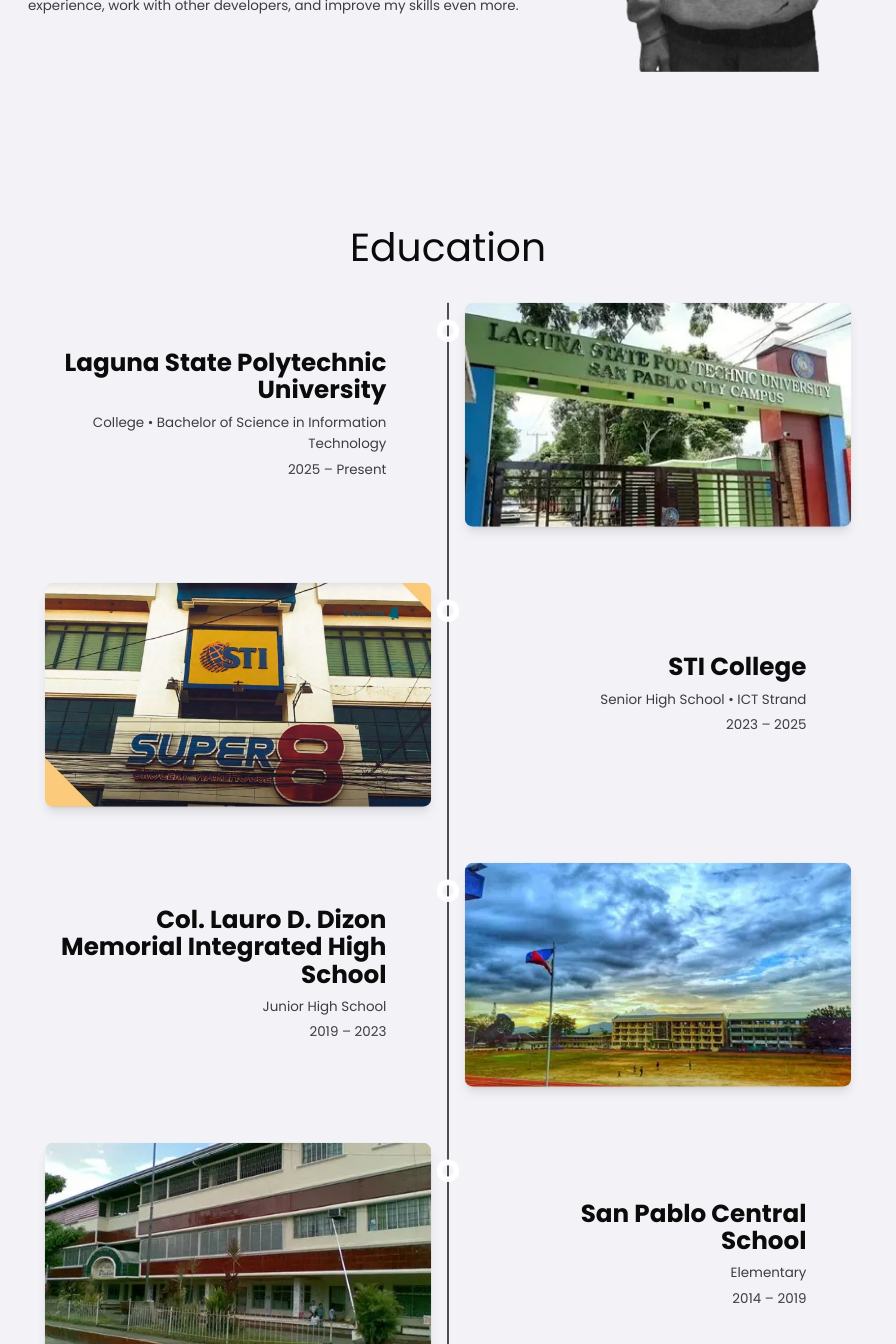
Repository: Latrell26/Portfolio-schoolProject
Page: /
The author's editor kept a copy of each file at every save. The page is drawn from the files as they stood at one save, then again after the next save.
The browser window is 1280 px wide. The pictures show the part of the page from y = 1291 to 3211 px (the page is 6180 px tall before and 6020 px after), at 70% of full size.
The project was rebuilt for these pictures with package versions that can differ from the ones it lists, and the page was loaded fresh each time. Also part of the build but not shown: svelte.config.js, vite.config.js.

Above is the page before, as saved 2026-01-02 22:39:20.

### index.html
<!doctype html>
<html lang="en">
  <head>
    <meta charset="UTF-8" />
    <link rel="icon" type="image/svg+xml" href="/vite.svg" />
    <meta name="viewport" content="width=device-width, initial-scale=1.0" />
    <title>my-portfolio</title>
    <link rel="preconnect" href="https://fonts.googleapis.com">
<link rel="preconnect" href="https://fonts.gstatic.com" crossorigin>
<link href="https://fonts.googleapis.com/css2?family=Poppins:ital,wght@0,100;0,200;0,300;0,400;0,500;0,600;0,700;0,800;0,900;1,100;1,200;1,300;1,400;1,500;1,600;1,700;1,800;1,900&display=swap" rel="stylesheet">
 <link
    rel="stylesheet"
    href="https://cdnjs.cloudflare.com/ajax/libs/font-awesome/6.5.0/css/all.min.css"
  />
  </head>
  <body>
    <div id="app"></div>
    <script type="module" src="/src/main.js"></script>
  </body>
</html>

### src/app.css
@import "tailwindcss";

@theme {
  --color-dark: var(--dark);
  --color-medyolight: var(--medyolight);
  --color-light: var(--light);
}

:root {
  font-family: poppins;
  line-height: 1.5;
  font-weight: 400;
  color-scheme: light dark;
  color: #0B0B0B;
  background-color: #F2F2F7;
  font-synthesis: none;
  text-rendering: optimizeLegibility;
  -webkit-font-smoothing: antialiased;
  -moz-osx-font-smoothing: grayscale;
  --dark: #0B0B0B;
  --light: #F2F2F7;
  --medyolight: #3D3D3D;
  --light_bg: #F2F2F7;

  --tooltip-bg: var(--dark);
  --tooltip-text: var(--light);
  --tooltip-border: var(--dark);
}

.dark-mode {
  --dark: #0B0B0B;
  --medyolight: #E0E0E0;
  --light: #F2F2F7;
  --light_bg: #0B0B0B;
}

.dark-mode {
  background-color: var(--dark);
  color: var(--light);
  border-top-color: var(--light);
}

html{
  scroll-behavior: smooth;
  transition: color 0.3s ease;

}

h1 {
  font-size: clamp(4rem, 7vw, 8rem);
  font-weight: 700;
  line-height: 1.1;
}
h2 {
  font-size: clamp(2rem, 6vw, 3.5rem);
  line-height: 1.1;
}
h3 {
  font-size: clamp(2rem, 6vw, 2.2rem);
  line-height: 1.1;
}
h4 {
  font-size: clamp(1rem, 6vw, 2rem);
  line-height: 1.1;
}
h5{
  font-size: clamp(2rem, 3vw, 2.5rem);
}
p{
  font-size: clamp(1rem, 6vw, 1.2rem);
  color: var(--medyolight);
}

span{
  color: var(--light);
}

.border-light {
  border-color: transparent;
}
.border-t-light {
  border-top-color: var(--dark);
}

@keyframes slide {
    from {
      transform: translateX(-100%);
    }
    to {
      transform: translateX(0);
    }
  }

### src/App.svelte
<script>
  import svelteLogo from "./assets/svelte.svg";
  import viteLogo from "/vite.svg";
  import NavBar from "./lib/navBar.svelte";
  import Footer from "./lib/footer.svelte";
  import * as img from "./imagedata.js";
  import { projects } from "./lib/arrayObjectsData.js";
  import { education } from "./lib/arrayObjectsData.js";
  import ProjectCard from "./lib/components-cards.svelte";
  import TimelineItem from "./lib/TimeLineItem.svelte";
  const icons = [
    { src: img.csharplogo, name: "C#" },
    { src: img.csslogo, name: "CSS" },
    { src: img.htmllogo, name: "HTML" },
    { src: img.javalogo, name: "Java" },
    { src: img.jslogo, name: "JavaScript" },
    { src: img.pythonlogo, name: "Python" },
    { src: img.sveltelogo, name: "Svelte" },
    { src: img.tailwindlogo, name: "Tailwind CSS" },
    { src: img.figmalogo, name: "Figma" },
    { src: img.supabaselogo, name: "Supabase" },
    { src: img.firebaselogo, name: "Firebase" },
    { src: img.github, name: "GitHub" },
    { src: img.gitlogo, name: "Git" },
  ];
</script>

<main class="max-w-330 mx-auto pt-2 px-4 lg:px-10 duration-300">
  <NavBar />
  <section
    class="h-screen flex flex-col justify-center items-center text-center"
    id="home"
  >
    <div>
      <h1 class="font-bold">Latrell Cruz</h1>
      <p class=" text-lg max-w-2xl">
        Aspiring Front-End Developer and senior high school student focused on
        building clean, responsive websites.
      </p>
    </div>

    <div class="flex flex-row gap-4 mt-4 justify-center items-center">
      <a href="https://www.facebook.com/share/1Da6x7yam2/">
        <i class="fa-brands fa-facebook text-[2.7rem] hover:text-[#1877F2] duration-300"></i>
      </a>
      <a href="https://www.linkedin.com/in/latrell-cruz-a11975387/">
        <i class="fa-brands fa-linkedin text-[2.8rem] hover:text-[#0A66C2] duration-300"></i>
      </a>
      <a href="https://github.com/Latrell26">
        <i class="fa-brands fa-github text-[2.8rem] duration-300"></i>
      </a>
    </div>
  </section>

  <section class="mb-35 pt-10" id="about">
    <div class="flex flex-wrap justify-between items-center">
      <div class="flex flex-col">
        <h2 class="mb-6">About me</h2>
        <div class="max-w-[50rem] leading-10 flex-1 text-justify">
          <p>
            Hey there! I'm Latrell Cruz from Brgy. San Nicolas, San Pablo City.
            I love making digital experiences that are easy to use and fun to
            interact with.
          </p>
          <p class="mt-4">
            I’m currently a 1st year student at LSPU San Pablo Campus, studying
            Information Technology. I’ve always been interested in technology
            and design, which made me focus on front-end development and UI/UX.
            I enjoy mixing creativity with coding to build websites and apps
            that people like and find useful.
          </p>
          <p class="mt-4">
            I am also part of OCTA, an organization in LSPU, where I belong to
            the Software Engineering as part of the Front-End team.
            Being part of OCTA helps me gain real experience, work with other
            developers, and improve my skills even more.
          </p>
        </div>
      </div>
      <img src={img.me} alt="me" class="hidden xl:block w-auto h-auto" />
    </div>
  </section>
  <section id="education" class="py-20 px-6">
  <div class="mx-auto">
    <h2 class="text-center mb-12">Education</h2>

    <div class="relative">
      <div class="absolute left-1/2 transform -translate-x-1/2 w-0.5 bg-dark h-full hidden lg:block"></div>

      <div class="space-y-0">
        {#each education as edu, i}
          <TimelineItem
            school={edu.school}
            level={edu.level}
            year={edu.year}
            image={edu.image}
            imageAlt={edu.imageAlt}
            isLeft={i % 2 === 0}
          />
        {/each}
      </div>
    </div>
  </div>
</section>
  <section class="mb-5">
    <h3 class="flex justify-center items-center">Tech I Use</h3>
    <div class="relative overflow-hidden py-4 pt-12">
      <div
        class="pointer-events-none absolute inset-0 z-10
          bg-[linear-gradient(to_right,var(--light_bg)_0%,transparent_20%,transparent_80%,var(--light_bg)_100%)]
          "
      ></div>

      <div class="flex animate-[slide_26s_linear_infinite] gap-8 md:gap-16">
  <div class="flex gap-8 md:gap-16 flex-none">
    {#each icons as icon}
      <div class="relative group">
        <img
          src={icon.src}
          alt={icon.name}
          class="flex-none
                 h-12 w-12 sm:h-16 sm:w-16 md:h-24 md:w-24
                 transition-transform duration-300 ease-out
                 group-hover:scale-110 group-hover:-translate-y-2
                 cursor-pointer"
        />

        <span
          class="tooltip absolute bottom-full left-1/2 -translate-x-1/2 mb-3
                 px-3 sm:px-4 py-1 sm:py-2 text-xs sm:text-sm font-medium
                 rounded-lg opacity-0 group-hover:opacity-100
                 pointer-events-none whitespace-nowrap
                 transition-opacity duration-300 ease-out shadow-lg"
        >
          {icon.name}
          <span
            class="absolute top-full left-1/2 -translate-x-1/2
                   border-4 sm:border-8 border-light border-t-light"
          ></span>
        </span>
      </div>
    {/each}
  </div>

  <div class="flex gap-8 md:gap-16 flex-none">
    {#each icons as icon}
      <div class="relative group">
        <img
          src={icon.src}
          alt={icon.name}
          class="flex-none
                 h-12 w-12 sm:h-16 sm:w-16 md:h-24 md:w-24
                 transition-transform duration-300 ease-out
                 group-hover:scale-110 group-hover:-translate-y-2
                 cursor-pointer"
        />

        <span
          class="tooltip absolute bottom-full left-1/2 -translate-x-1/2 mb-3
                 px-3 sm:px-4 py-1 sm:py-2 text-xs sm:text-sm font-medium
                 rounded-lg opacity-0 group-hover:opacity-100
                 pointer-events-none whitespace-nowrap
                 transition-opacity duration-300 ease-out shadow-lg"
        >
          {icon.name}
          <span
            class="absolute top-full left-1/2 -translate-x-1/2
                   border-4 sm:border-8 border-light border-t-light"
          ></span>
        </span>
      </div>
    {/each}
  </div>
</div>

      </div>
  </section>

  <section class="mb-70 pt-20" id="projects">
    <h2 class="text-center mb-8">What I Build</h2>
    <div class="flex flex-wrap justify-center">
      <div class="grid grid-cols-1 lg:grid-cols-2 gap-16">
        {#each projects as project}
          <ProjectCard
            image={project.image}
            title={project.title}
            text={project.text}
            logo={project.logo || []}
            url={project.url}
          />
        {/each}
      </div>
    </div>
  </section>
  <section id="contact" class="pt-20">
    <Footer />
  </section>
</main>

<style>
  .tooltip {
    background-color: #0b0b0b;
    color: #f2f2f7;
    border-color: #0b0b0b;
  }

  .tooltip span {
    border-top-color: #0b0b0b;
  }

  :global(.dark-mode) .tooltip {
    background-color: #f2f2f7;
    color: #0b0b0b;
    border-color: #f2f2f7;
  }

  :global(.dark-mode) .tooltip span {
    border-top-color: #f2f2f7;
  }
</style>

### src/lib/navBar.svelte
<script>
  import { onMount } from "svelte";

  let isDark = false;
  let currentIcon;
  let menuOpen = false;
  let scrolled = false;
  let activeSection = "home";

  let prevScrollY = 0;
  let navbarVisible = true;
  let forceHide = false;

  const sunIcon = `
    <svg xmlns="http://www.w3.org/2000/svg" viewBox="0 0 24 24"
         fill="none" stroke="currentColor" class="w-4 h-4">
      <path stroke-linecap="round" stroke-linejoin="round" stroke-width="2"
            d="M12 3v1m0 16v1m9-9h-1M4 12H3
               m15.364 6.364l-.707-.707
               M6.343 6.343l-.707-.707
               m12.728 0l-.707.707
               M6.343 17.657l-.707.707
               M16 12a4 4 0 11-8 0 4 4 0 018 0z"/>
    </svg>
  `;

  const moonIcon = `
    <svg xmlns="http://www.w3.org/2000/svg" viewBox="0 0 24 24"
         fill="none" stroke="currentColor" class="w-4 h-4">
      <path stroke-linecap="round" stroke-linejoin="round" stroke-width="2"
            d="M20.354 15.354A9 9 0 018.646 3.646
               9.003 9.003 0 0012 21
               a9.003 9.003 0 008.354-5.646z"/>
    </svg>
  `;

  function applyDarkMode(value) {
    document.documentElement.classList.toggle("dark-mode", value);
    localStorage.setItem("darkMode", value);
    currentIcon = value ? moonIcon : sunIcon;
  }

  function toggleDarkMode() {
    isDark = !isDark;
    applyDarkMode(isDark);
  }

  function hideNavbarAfterClick() {
    forceHide = true;
    navbarVisible = false;
    setTimeout(() => forceHide = false, 1200);
  }

  onMount(() => {
    const saved = localStorage.getItem("darkMode");
    isDark = saved !== null
      ? saved === "true"
      : window.matchMedia("(prefers-color-scheme: dark)").matches;
    applyDarkMode(isDark);

    const handleScroll = () => {
      if (forceHide) return;

      const currentScrollY = window.scrollY;
      scrolled = currentScrollY > 50;

      if (currentScrollY > prevScrollY && currentScrollY > 100) {
        navbarVisible = false;
      } else if (currentScrollY < prevScrollY) {
        navbarVisible = true;
      }

      if (currentScrollY <= 10) navbarVisible = true;
      prevScrollY = currentScrollY;
    };

    window.addEventListener("scroll", handleScroll);

    const sections = document.querySelectorAll("section[id]");
    const observer = new IntersectionObserver(
      entries => {
        entries.forEach(entry => {
          if (entry.isIntersecting) activeSection = entry.target.id;
        });
      },
      { threshold: 0.5 }
    );
    sections.forEach(sec => observer.observe(sec));

    return () => {
      window.removeEventListener("scroll", handleScroll);
      observer.disconnect();
    };
  });
</script>

<nav
  class={`fixed top-0 left-0 right-0 z-50 py-2 transition-all duration-300 ease-out
  bg-transparent ${scrolled ? "bg-white/10 border-b border-white/20 backdrop-blur-xl shadow-md" : "border-b border-transparent"}
  ${navbarVisible ? "translate-y-0" : "-translate-y-full"}`}
>
  <div class="flex justify-between items-center max-w-7xl mx-auto px-4">
    <h5 class="font-semibold">LC</h5>

    <ul class="hidden md:flex gap-12 text-lg">
      {#each ["home","about","education","projects","contact"] as item}
        <li class="hover:underline underline-offset-4">
          <a href={`#${item}`} on:click={hideNavbarAfterClick}
             class={activeSection === item ? "underline" : ""}>
            {item[0].toUpperCase() + item.slice(1)}
          </a>
        </li>
      {/each}
    </ul>

    <button class="md:hidden text-2xl" on:click={() => menuOpen = true}>☰</button>

    <button
      on:click={toggleDarkMode}
      class="hidden md:flex relative w-14 h-7 rounded-full bg-white shadow-md flex items-center cursor-pointer"
    >
      <div class="w-7 h-7 rounded-full transition-all duration-300 flex items-center justify-center text-white
                  {isDark ? 'bg-dark translate-x-7' : 'bg-yellow-500 translate-x-0'}">
        {@html currentIcon}
      </div>
    </button>
  </div>
</nav>

<div
  class={`fixed top-0 right-0 h-full w-64 bg-black/80 backdrop-blur-xl text-white p-6 z-40
    transition-transform duration-300 ${menuOpen ? "translate-x-0" : "translate-x-full"}`}
>
  <button class="text-3xl mb-6" on:click={() => menuOpen = false}>✕</button>

  <button
    on:click={toggleDarkMode}
    class="relative w-14 h-7 rounded-full bg-white shadow-md flex items-center cursor-pointer mb-6"
  >
    <div class="w-7 h-7 rounded-full transition-all duration-300 flex items-center justify-center text-white
                {isDark ? 'bg-dark translate-x-7' : 'bg-yellow-500 translate-x-0'}">
      {@html currentIcon}
    </div>
  </button>

  <ul class="flex flex-col gap-6 text-xl">
    {#each ["home","about","education","projects","contact"] as item}
      <li>
        <a href={`#${item}`} on:click={() => { menuOpen = false; hideNavbarAfterClick(); }}
           class={activeSection === item ? "underline" : ""}>
          {item[0].toUpperCase() + item.slice(1)}
        </a>
      </li>
    {/each}
  </ul>
</div>

<style>
  .dark-mode {
    --dark: #0B0B0B;
    --light: #F2F2F7;
    background-color: var(--dark);
    color: var(--light);
  }
</style>

### src/lib/footer.svelte
    <script>
    import * as img from "../imagedata.js";
    </script>

    <footer class="" >
    <div class="max-w-7xl mx-auto">

        <div class="max-w-2xl">

        <h2 class="">Let's work together</h2>

        <form class="mt-10 space-y-8">
            <div>
            <p class="">Name</p>
            <input
                type="text"
                required
                placeholder="Yourname"
                class="w-full px-0 py-2 bg-transparent border-b-2
                    focus:outline-none
                    placeholder-medyolight"
            />
            </div>

            <div>
            <p class="">Email</p>
            <input
                type="email"
                required
                placeholder="your.email@example.com"
                class="w-full px-0 py-2 bg-transparent border-b-2
                    focus:outline-none
                    placeholder-medyolight"
            />
            </div>
            <div>
            <p class="">Message</p>
            <textarea
                required
                rows="3"
                placeholder="Say hello..."
                class="w-full px-0 py-2 bg-transparent border-b-2
                    focus:outline-none
                    resize-none placeholder-medyolight"
            ></textarea>
            </div>

            <button
            type="submit"
            class="px-8 py-4 bg-dark rounded-lg text-light cursor-pointer hover:bg-light border-1  hover:text-dark duration-400 ease-out"
            >
            Send message
            </button>
        </form>

        <div class="flex flex-row items-center gap-4 mt-16">
            <a
            href="https://www.facebook.com/share/1Da6x7yam2/"
            >
            <i class="fa-brands fa-facebook text-[2.2rem] hover:text-[#1877F2] duration-300"></i>

            </a>
            <a
            href="https://www.linkedin.com/in/latrell-cruz-a11975387/"
            >
            <i class="fa-brands fa-linkedin text-[2.3rem] hover:text-[#0A66C2] duration-300"></i>

            </a>
            <a
            href="https://github.com/Latrell26"
            >
            <i class="fa-brands fa-github text-[2.3rem] duration-300"></i>
            </a>
        </div>


        <div class="mt-16 mb-8">
            <h6 class="text-sm text-medyolight">© 2025 Latrell Cruz. All rights reserved.</h6>
        </div>

        </div>
    </div>
    </footer>

### src/imagedata.js
import facebook from "./assets/imgs/facebook.svg";
import github from "./assets/imgs/github.svg";
import linkedin from "./assets/imgs/linkedin.svg";
import me from "./assets/imgs/me.png";
import csharplogo from "./assets/imgs/csharplogo.png";
import csslogo from "./assets/imgs/csslogo.png";
import htmllogo from "./assets/imgs/htmllogo.png";
import javalogo from "./assets/imgs/javalogo.png";
import jslogo from "./assets/imgs/jslogo.png";
import pythonlogo from "./assets/imgs/pythonlogo.png";
import sveltelogo from "./assets/imgs/sveltelogo.png";
import tailwindlogo from "./assets/imgs/tailwindlogo.png";
import figmalogo from "./assets/imgs/figmalogo.png";
import supabaselogo from "./assets/imgs/supabaselogo.png";
import firebaselogo from "./assets/imgs/firebaselogo.png";
import gitlogo from "./assets/imgs/gitlogo.png";
import insideStyle from "./assets/imgs/insideStyle.png";
import raiohDesign from "./assets/imgs/raiohDesign.png";
import antellDesgin from "./assets/imgs/antellDesgin.png";
import antelldesign from "./assets/imgs/antelldesign.svg";
import raiohdesign from "./assets/imgs/raiohdesign.svg";
import insidestyledesign from "./assets/imgs/insidestyledesign.svg";
import facebookdm from "./assets/imgs/facebookdm.svg";
import linkeindm from "./assets/imgs/linkeindm.svg";
import lspu from "./assets/imgs/lspu.png";
import central from "./assets/imgs/central.png";
import sti from "./assets/imgs/sti.png";
import dizon from "./assets/imgs/dizon.png";

export{
    facebook,
    github,
    linkedin,
    me,
    csharplogo,
    csslogo,
    htmllogo,
    javalogo,
    jslogo,
    pythonlogo,
    sveltelogo,
    tailwindlogo,
    figmalogo,
    supabaselogo,
    firebaselogo,
    gitlogo,
    insideStyle,
    raiohDesign,
    antellDesgin,
    antelldesign,
    raiohdesign,
    insidestyledesign,
    linkeindm,
    facebookdm,
    lspu,
    central,
    sti,
    dizon,
}

### src/lib/components-cards.svelte
<script>
    export let image = "";
    export let title = "";
    export let text = "";
    export let logo = [];
    export let url = "#";

    let isDisabled = title === "Soon...";
</script>

<div class="group">
    <a
        href={isDisabled ? "#" : url}
        target="_blank"
        rel="noopener noreferrer"
        class={`block ${isDisabled ? 'pointer-events-none cursor-not-allowed' : ''}`}
    >
        <div class="mb-4 relative rounded-lg overflow-hidden">
            <div>
                <img
                    src={image}
                    alt={title}
                    class={`w-[600px] h-[350px] object-cover transition-transform duration-400 ease-out
                        ${isDisabled ? '' : 'group-hover:scale-104 cursor-pointer'}`}
                />

                <div class={`absolute inset-0
                            ${isDisabled ? 'opacity-0' : 'opacity-0 group-hover:opacity-100'}
                            transition-opacity duration-400 ease-out
                            backdrop-blur-sm
                            bg-white/5
                            flex items-end justify-center pb-8
                            pointer-events-none`}
                >
                    {#if !isDisabled}
                    <div class="bg-white/20 backdrop-blur-lg rounded-xl px-6 py-2 border border-white/30 shadow-xl
                                translate-y-4 group-hover:translate-y-0 transition-transform duration-400 ease-out">
                        <p class=" tracking-wide drop-shadow-lg">
                            <span>View project →</span>

                        </p>
                    </div>
                    {/if}
                </div>
            </div>
        </div>
    </a>

    <div>
        <h3 class="font-semibold mb-2">
            {title}
        </h3>

        <p class="leading-relaxed mb-2 max-w-[37rem] text-justify">
            {text}
        </p>

        <div class="flex gap-2 flex-wrap">
            {#each logo as icon}
                <img
                    src={icon}
                    alt="tech icon"
                    class="w-10 h-10 md:w-12 md:h-12 object-contain"
                />
            {/each}
        </div>
    </div>
</div>

### src/lib/TimeLineItem.svelte
<script>
  export let school = "";
  export let level = "";
  export let year = "";
  export let image = "";
  export let imageAlt = "";
  export let isLeft = true;
</script>

<div class="grid grid-cols-1 lg:grid-cols-2 gap-12 items-center relative mb-20">
    <div class={`text-left lg:text-right lg:pr-16 ${isLeft ? "order-2 lg:order-1" : "order-2 lg:order-2 text-right lg:text-left lg:pl-16"}`}>
        <h3 class="font-bold">{school}</h3>
        <p class="mt-3 text-lg">{level}</p>
        <p class="mt-2 ">{year}</p>
    </div>

    <div class={`${isLeft ? "order-1 lg:order-2" : "order-1 lg:order-1"}`}>
        <div class="rounded-xl shadow-lg overflow-hidden">
            <img
                src={image}
                alt={imageAlt}
                class="w-full h-80 object-cover transition-transform duration-500 hover:scale-105"
            />
        </div>
    </div>

    <div class="hidden lg:block absolute left-1/2 transform -translate-x-1/2 w-4 h-4 bg-primary rounded-full ring-8 ring-white dark:ring-gray-900 top-8"></div>
</div>

Loaded but not shown: src/main.js (common file); src/lib/arrayObjectsData.js (59 lines, source omitted)

After the next save:
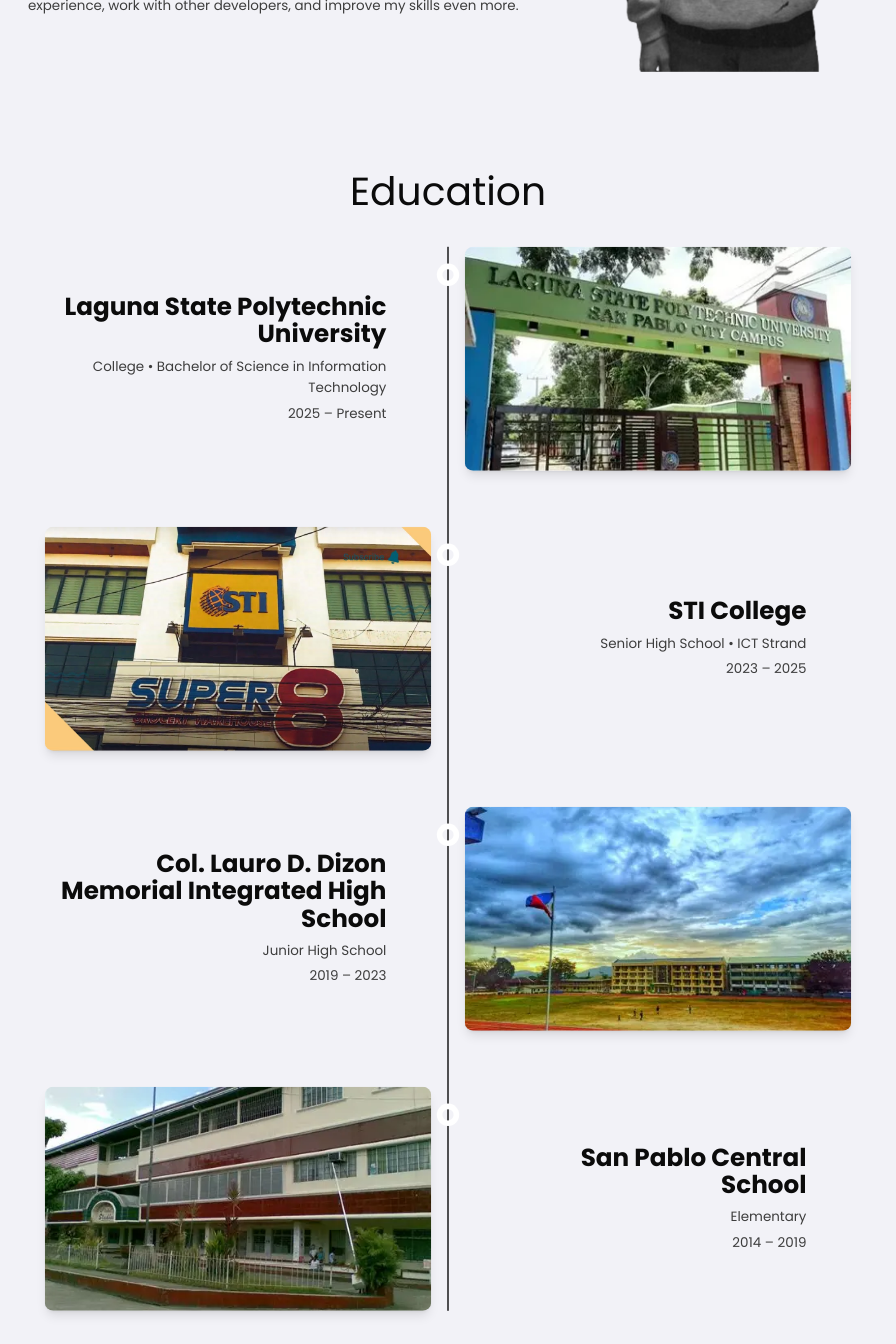
Saved 4 s later.
--- a/src/App.svelte
+++ b/src/App.svelte
@@ -80,7 +80,7 @@
       <img src={img.me} alt="me" class="hidden xl:block w-auto h-auto" />
     </div>
   </section>
-  <section id="education" class="py-20 px-6">
+  <section id="education" class="py-0 px-6">
   <div class="mx-auto">
     <h2 class="text-center mb-12">Education</h2>
 
